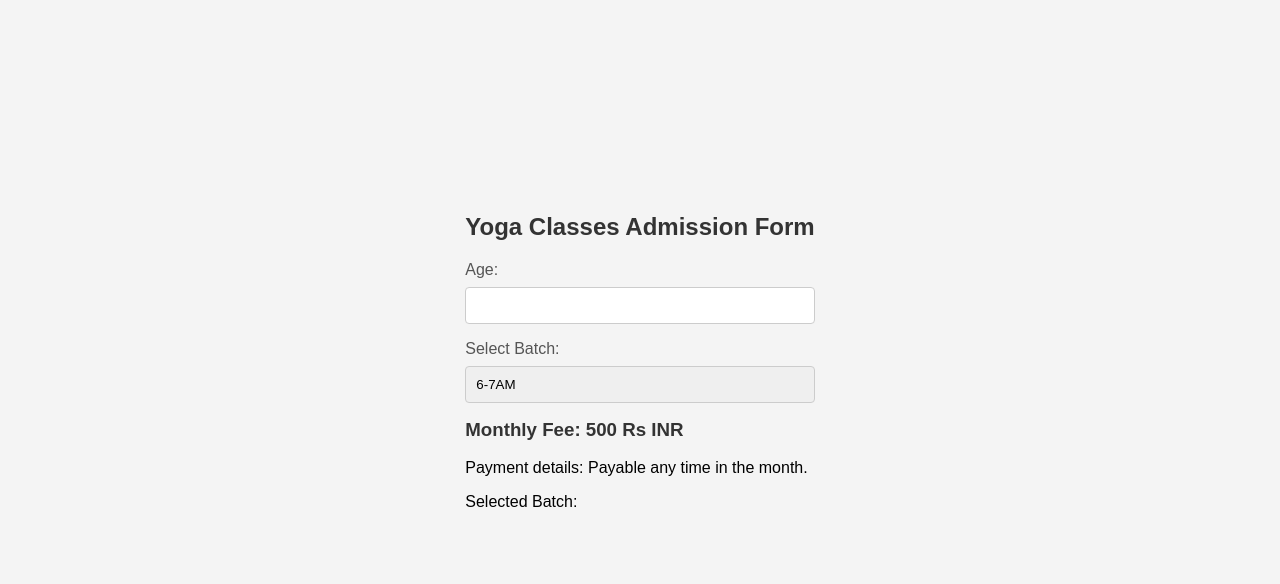
Repository: psbro/flexmoney
Page: / (app in yoga-admission-form/)
The author's editor kept a copy of each file at every save. The page is drawn from the files as they stood at one save, then again after the next save.
The browser window is 1280 px wide. The pictures show the whole page.
The project was rebuilt for these pictures with package versions that can differ from the ones it lists, and the page was loaded fresh each time.

Above is the page before, as saved 2023-12-18 09:30:09.

After the next save:
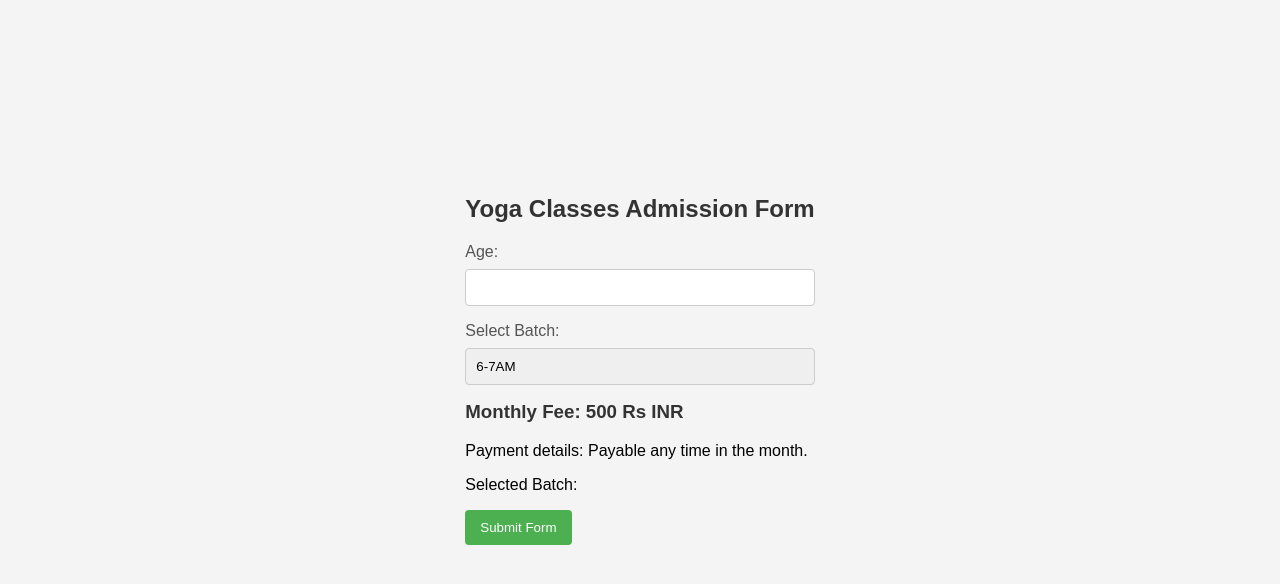
Saved 4 min 23 s later.
--- a/yoga-admission-form/src/components/FeePayment.js
+++ b/yoga-admission-form/src/components/FeePayment.js
@@ -1,16 +1,48 @@
 // FeePayment.js
-import React from 'react';
+import React, { useState } from 'react';
 
-const FeePayment = ({ age, batch }) => {
-  const monthlyFee = 500;
-  const discount = age >= 50 ? 0.2 : 0; // 20% discount for age 50 and above
-  const discountedFee = monthlyFee - monthlyFee * discount;
+const FeePayment = ({ age, batch, onSubmit }) => {
+  const [paymentResponse, setPaymentResponse] = useState(null);
+
+  const handleFormSubmit = async () => {
+    try {
+      const response = await fetch('http://localhost:3001/submitForm', {
+        method: 'POST',
+        headers: {
+          'Content-Type': 'application/json',
+        },
+        body: JSON.stringify({
+          name: 'John Doe', // Replace with actual user input
+          age,
+          batch,
+        }),
+      });
+
+      const data = await response.json();
+      setPaymentResponse(data);
+      onSubmit(data.success); // Notify the parent component about the form submission status
+    } catch (error) {
+      console.error('Error submitting form:', error);
+      setPaymentResponse({ error: 'Error submitting form' });
+    }
+  };
 
   return (
     <div>
-      <h3>Monthly Fee: {discountedFee} Rs INR</h3>
+      <h3>Monthly Fee: {500} Rs INR</h3>
       <p>Payment details: Payable any time in the month.</p>
       <p>Selected Batch: {batch}</p>
+      <button onClick={handleFormSubmit}>Submit Form</button>
+      {paymentResponse && (
+        <div>
+          <h4>Payment Response:</h4>
+          {paymentResponse.success ? (
+            <p>Form submitted successfully! Payment successful.</p>
+          ) : (
+            <p>Error submitting form: {paymentResponse.error}</p>
+          )}
+        </div>
+      )}
     </div>
   );
 };
